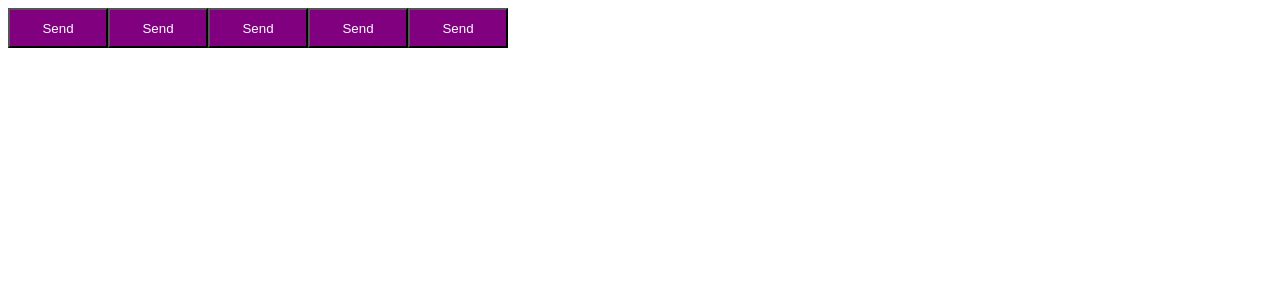
Repository: JoseGu1llardi/ignite-timer
Page: /
These files come from the project's save history. The page is drawn as it stood at one moment and after the next save; the edit follows.
The browser window is 1280 px wide. The pictures show the whole page.
The project was rebuilt for these pictures with package versions that can differ from the ones it lists, and the page was loaded fresh each time. Also part of the build but not shown: vite.config.ts.

Above is the page before, as saved 2023-03-17 21:49:49.

### index.html
<!DOCTYPE html>
<html lang="en">
  <head>
    <meta charset="UTF-8" />
    <meta name="viewport" content="width=device-width, initial-scale=1.0" />
    <title>Ig-Timer</title>
  </head>
  <body>
    <div id="root"></div>
    <script type="module" src="/src/main.tsx"></script>
  </body>
</html>

### src/App.tsx
import { ThemeProvider } from "styled-components";
import { defaultTheme } from "./styles/themes/default";

import { Button } from "./components/Button";

export function App() {
  return (
    <ThemeProvider theme={defaultTheme}>
      <Button variant="primary" />
      <Button variant="secondary" />
      <Button variant="danger" />
      <Button variant="success" />
      <Button />
    </ThemeProvider>
  )
}

### src/styles/themes/default.ts
export const defaultTheme = {
    white: "#FFFFFF",
    primary: "purple",
    secondary: "orange",
}

### src/components/Button.tsx
import { ButtonContainer, ButonVariant } from './Button.styles';

interface ButtonProps {
    variant?: ButonVariant
}

export function Button({ variant = 'primary' }: ButtonProps) {
    return <ButtonContainer variant={variant} >Send</ButtonContainer>
}

### src/components/Button.styles.ts
import styled, { css } from "styled-components";

export type ButonVariant = "primary" | "secondary" | "danger" | "success";

interface ButtonContainerProps {
  variant: ButonVariant;
}

const buttonVariants = {
  primary: "orange",
  secondary: "purple",
  danger: "red",
  success: "green",
}

export const ButtonContainer = styled.button<ButtonContainerProps>`
  width: 100px;
  height: 40px;

  background: ${props => props.theme.primary};
  color: ${props => props.theme.white};

/* ${({ variant }) => css`
  background: ${buttonVariants[variant]}
` }  */
`;

### src/styles/global.ts
import { createGlobalStyle } from "styled-components";

export const GlobalStyle = createGlobalStyle`
    * {
        margin: 0;
        padding: 0;
        box-sizing: border-box;
    }

    body {
        background: #333;
        color: #fff;
    }
`;

Loaded but not shown: src/main.tsx (common file)

After the next save:
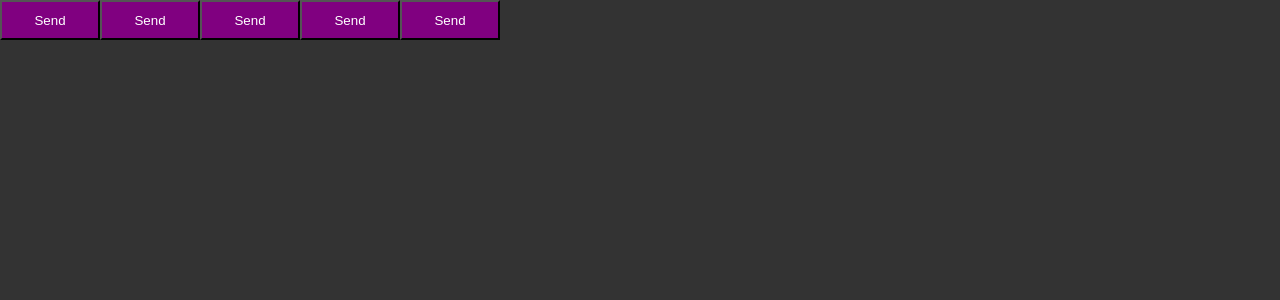
Saved 44 s later.
--- a/src/App.tsx
+++ b/src/App.tsx
@@ -2,6 +2,7 @@
 import { defaultTheme } from "./styles/themes/default";
 
 import { Button } from "./components/Button";
+import { GlobalStyle } from "./styles/global";
 
 export function App() {
   return (
@@ -11,6 +12,8 @@
       <Button variant="danger" />
       <Button variant="success" />
       <Button />
+
+      <GlobalStyle />
     </ThemeProvider>
   )
 }
